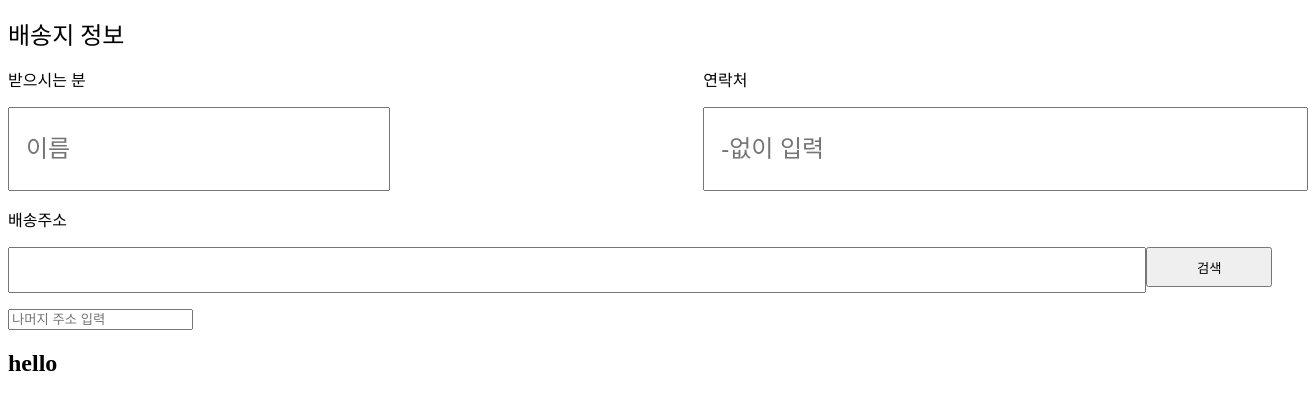
Repository: seungsu12/carrot
Page: http://localhost/carrot/order_form_second.jsp
The author's editor kept a copy of each file at every save. The page is drawn from the files as they stood at one save, then again after the next save.
The browser window is 1280 px wide. The page is 1308 px wide, then 1280 px, then 1308 px, so the pictures cover 1308 px, including what lies to the right of the window. The pictures show the whole page.
The page is served by Tomcat 9.

Above is the page before, as saved 2021-10-02 04:42:17.

After the next save:
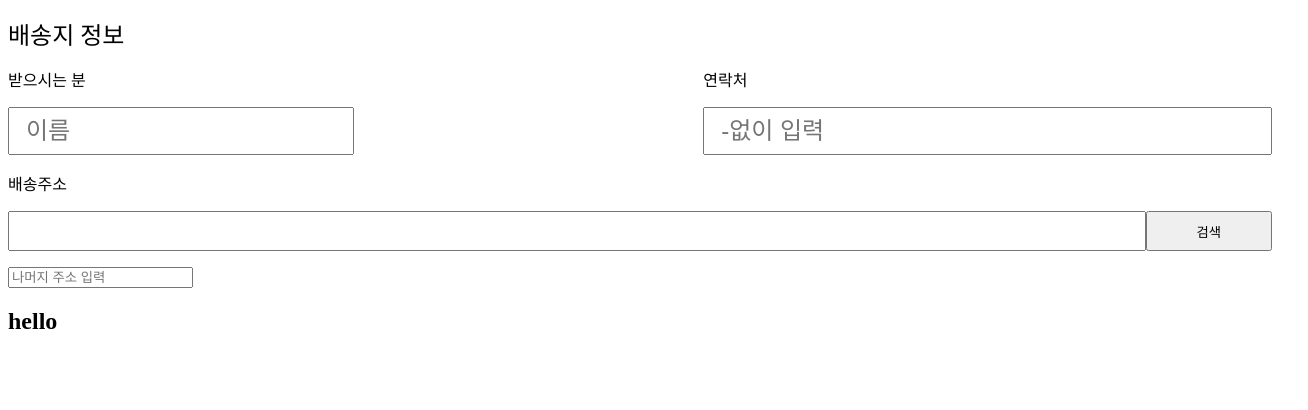
Saved 16 s later.
--- a/carrot/WebContent/order_form_second.jsp
+++ b/carrot/WebContent/order_form_second.jsp
@@ -1,7 +1,6 @@
 <%@ page language="java" contentType="text/html; charset=UTF-8"
     pageEncoding="UTF-8"%>
-<!DOCTYPE html>
-<html>
+
 <style>
 	.deliver_title{
 		margin: 1rem 0 1rem 0;
@@ -109,5 +108,3 @@
             }
         }).open();
     }
-	</script>
-</html>

After the save that followed:
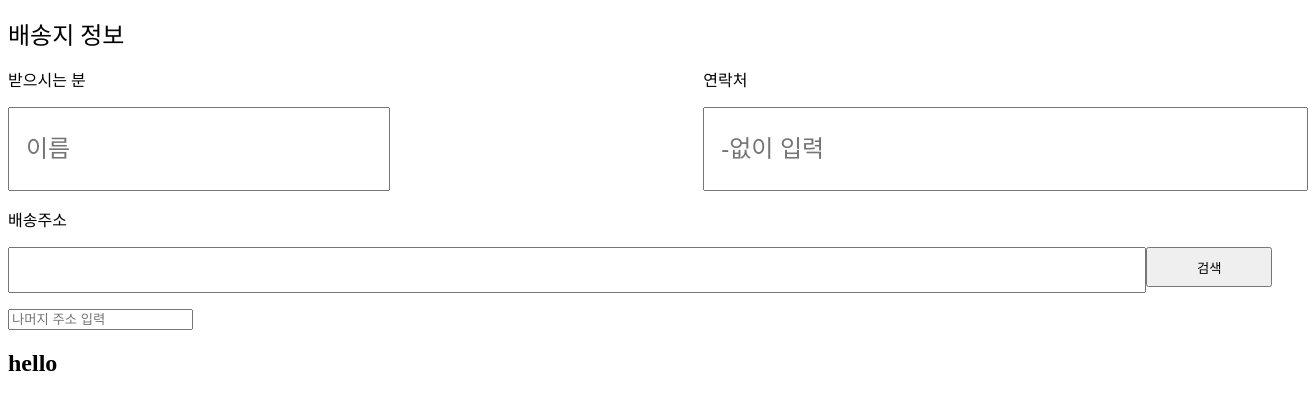
Saved 28 s later.
--- a/carrot/WebContent/order_form_second.jsp
+++ b/carrot/WebContent/order_form_second.jsp
@@ -1,6 +1,7 @@
 <%@ page language="java" contentType="text/html; charset=UTF-8"
     pageEncoding="UTF-8"%>
-
+<!DOCTYPE html>
+<html>
 <style>
 	.deliver_title{
 		margin: 1rem 0 1rem 0;
@@ -108,3 +109,5 @@
             }
         }).open();
     }
+	</script>
+</html>
